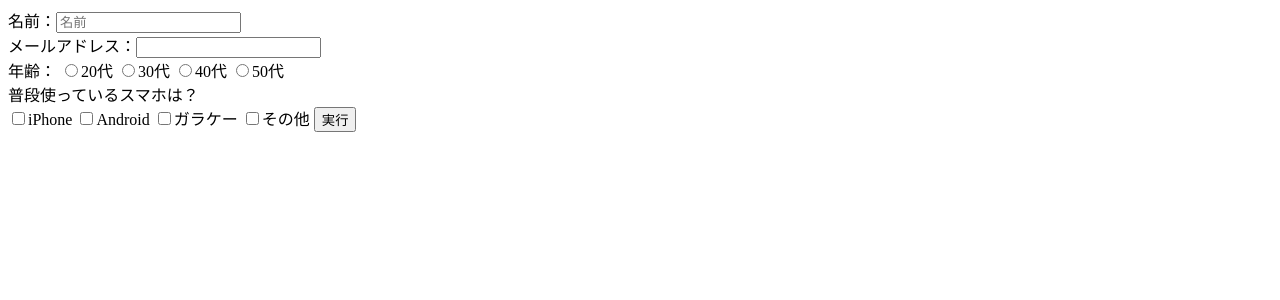
Repository: picalin/samurai_typing-game
Page: JavaScript_tutorial/Practice.html
The author's editor kept a record of every edit. The page is drawn from the files as they stood at one moment, then again after the next edit.
The browser window is 1280 px wide. The pictures show the whole page.

Above is the page before.

### JavaScript_tutorial/Practice.html
<!DOCTYPE html>
<html lang="ja">
  <head>
    <meta charset="utf-8">
    <title>DOMサンプルデモ</title>
  </head>
    <body>
      <form name="myForm1">
        名前：<input type="text" name="name" placeholder="名前"　required />
      </form>
      <form name="myForm2">
        メールアドレス：<input type="email" name="address"　placeholder="メールアドレス" required />
      </form>
      <form name="myForm3">
        年齢：
        <input type="radio" name="age" value="20" />20代
        <input type="radio" name="age" value="30" />30代
        <input type="radio" name="age" value="40" />40代
        <input type="radio" name="age" value="50" />50代
      <br/>
      <label>普段使っているスマホは？</label><br/>
        <input type="checkbox" name="phone" value="iphone" />iPhone
        <input type="checkbox" name="phone" value="android" />Android
        <input type="checkbox" name="phone" value="garakei" />ガラケー
        <input type="checkbox" name="phone" value="other" />その他


        <button id="btn">実行</button>
      </form>
      <script>
        const btn = document.getElementById('btn');
        btn.addEventListener('click', () => {
          //名前を出力
          const nameValue = document.forms.myForm1.name.value;
          console.log(nameValue);
          //メールアドレスを出力
          const addressValue = document.forms.myForm2.address.value;
          console.log(addressValue);
          //年齢を出力
          const ageForm = document.forms.myForm3;
          console.log(ageForm.age.value);
          //使用しているスマホを出力
          const phoneForm = document.forms.myForm4;
          phoneForm.phone.forEach(item => {
            if(item.checked) console.log(item.value);
          });
        });
      </script>
    </body>
</html>

After the next edit:
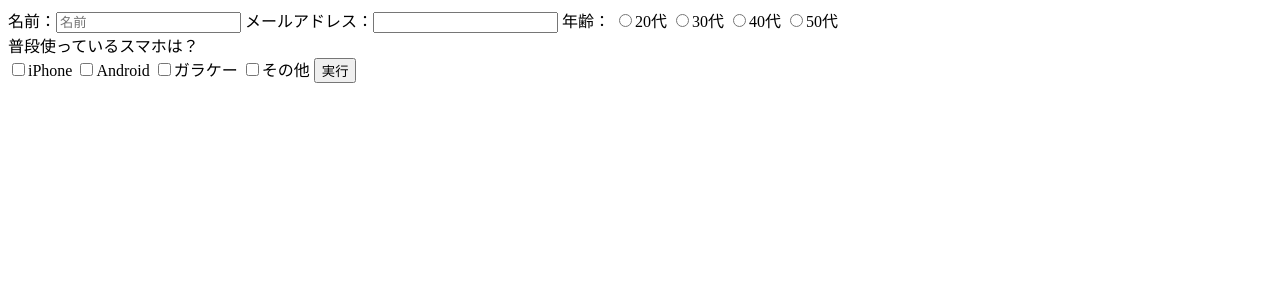
The edit:
--- a/JavaScript_tutorial/Practice.html
+++ b/JavaScript_tutorial/Practice.html
@@ -5,13 +5,10 @@
     <title>DOMサンプルデモ</title>
   </head>
     <body>
-      <form name="myForm1">
+      <form name="myForm">
         名前：<input type="text" name="name" placeholder="名前"　required />
-      </form>
-      <form name="myForm2">
+
         メールアドレス：<input type="email" name="address"　placeholder="メールアドレス" required />
-      </form>
-      <form name="myForm3">
         年齢：
         <input type="radio" name="age" value="20" />20代
         <input type="radio" name="age" value="30" />30代
